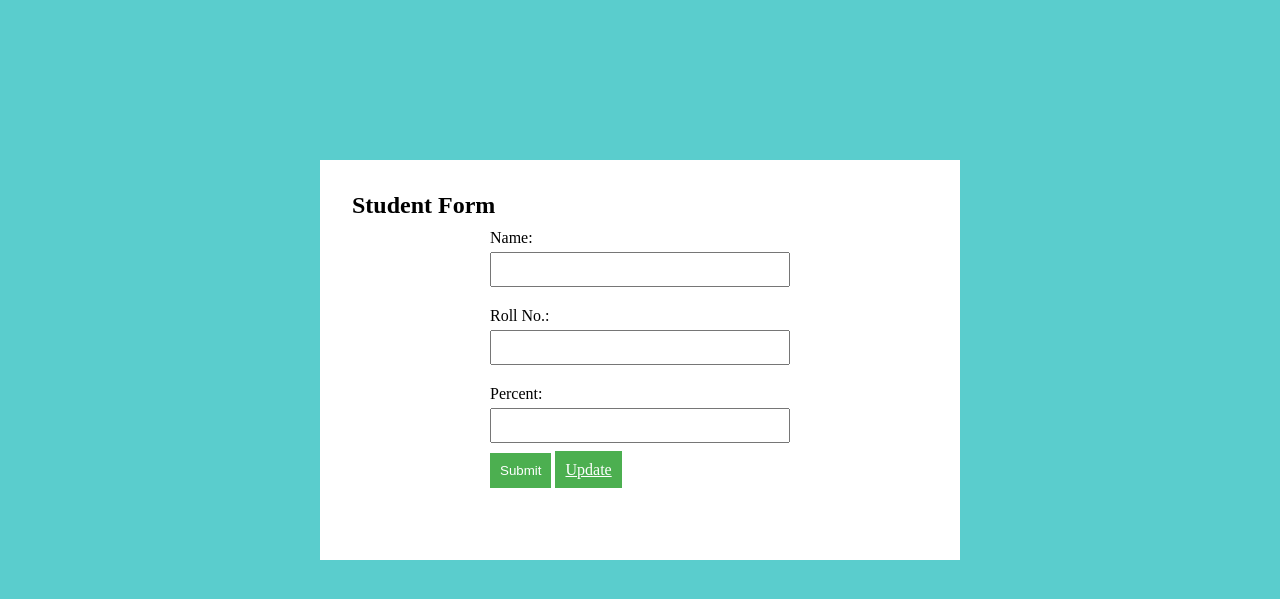
Repository: deeptimahisare1206/Todo_List
Page: http://localhost/Hib_Nest/
These files come from the project's save history. The page is drawn as it stood at one moment and after the next save; the edit follows.
The browser window is 1280 px wide. The pictures show the whole page.
The page is served by Tomcat 10. Other server files are loaded and not shown.

Above is the page before, as saved 2024-11-11 11:24:56.

### Hib_Nest/src/main/webapp/index.jsp
<%@ page language="java" contentType="text/html; charset=UTF-8"
	pageEncoding="UTF-8"%>
<html>
<head>
<style>
*{
margin:0;
padding:0;
box-sizing: border-box;

}
body {
display:grid;
place-items:center;
	background-color: #5acdcd;
	gap: 2rem;
	height: 100vh;
}

div{
padding:2rem;
	background-color: white;
	height: 25rem;
	width:50vw;
}

form {
    width: 300px;
    margin: 0 auto;
}

label {
    display: block;
    margin: 10px 0 5px;
}

input[type="text"],
input[type="number"] {
    width: 100%;
    padding: 8px;
    margin-bottom: 10px;
}

input[type="submit"] ,a{
    background-color: #4CAF50;
    color: white;
    padding: 10px;
    border: none;
    cursor: pointer;
}

input[type="submit"]:hover {
    background-color: #45a049;
}
</style>
</head>
<body>
<div>
	<h2>Student Form</h2>

	<form action="Register" method="get">
		<label>Name:</label><input type="text" name="name"><label>Roll
			No.: </label> <input type="number" name="roll"> <label>Percent:
		</label><input type="number" name="percent"> <input type="submit"
			value="Submit">
			<a href="Update.jsp">Update</a>
	</form>
	</div>
</body>
</html>

After the next save:
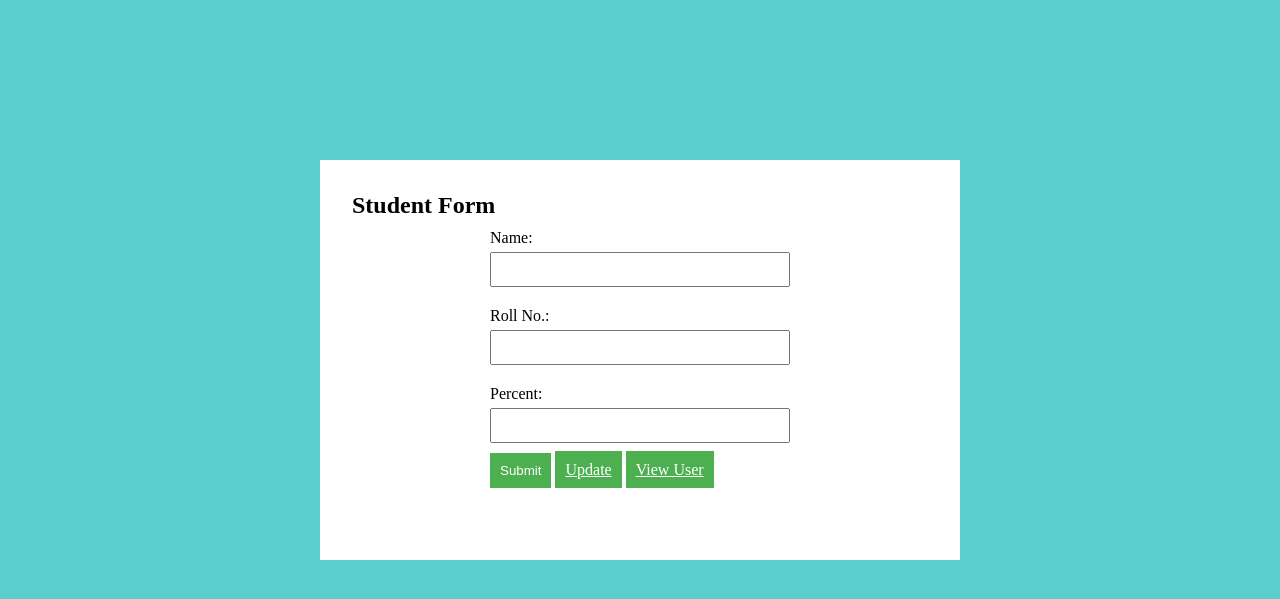
Saved 56 s later.
--- a/Hib_Nest/src/main/webapp/index.jsp
+++ b/Hib_Nest/src/main/webapp/index.jsp
@@ -64,6 +64,7 @@ input[type="submit"]:hover {
 		</label><input type="number" name="percent"> <input type="submit"
 			value="Submit">
 			<a href="Update.jsp">Update</a>
+			<a href="Display.jsp">View User</a>
 	</form>
 	</div>
 </body>
